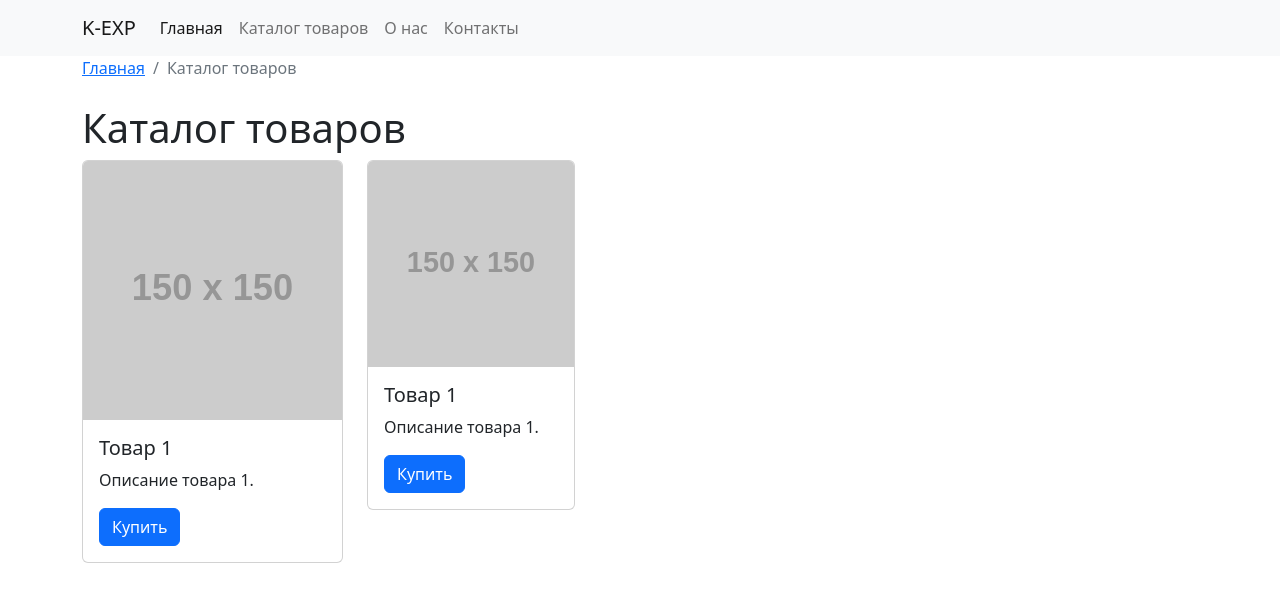
Repository: smartsoltech/kexp-shop
Page: main/catalog/templates/catalog/base.html
The author's editor kept a copy of each file at every save. The page is drawn from the files as they stood at one save, then again after the next save.
The browser window is 1280 px wide. The pictures show the whole page.
The template is drawn by Django 4.2. The application's start-up code is not run. Other server files are loaded and not shown. The template is opened directly, without the code that normally fills it, so the values that code supplies are empty.

Above is the page before, as saved 2023-03-14 14:07:46.

### main/catalog/templates/catalog/base.html
<!DOCTYPE html>
<html lang="ru">
<head>
  <meta charset="UTF-8">
  <meta name="viewport" content="width=device-width, initial-scale=1.0">
  <title>{% block title %}{% endblock %}</title>
  <!-- Подключение Bootstrap CSS -->
  <link rel="stylesheet" href="https://cdn.jsdelivr.net/npm/bootstrap@5.2.3/dist/css/bootstrap.min.css" integrity="sha384-rbsA2VBKQhggwzxH7pPCaAqO46MgnOM80zW1RWuH61DGLwZJEdK2Kadq2F9CUG65" crossorigin="anonymous"></head>
<body>

  <!-- Навигационная панель -->
  <nav class="navbar navbar-expand-lg navbar-light bg-light">
    <div class="container">
      <a class="navbar-brand" href="{% url 'home' %}">K-EXP</a>
      <button class="navbar-toggler" type="button" data-bs-toggle="collapse" data-bs-target="#navbarNav" aria-controls="navbarNav" aria-expanded="false" aria-label="Toggle navigation">
        <span class="navbar-toggler-icon"></span>
      </button>
      <div class="collapse navbar-collapse" id="navbarNav">
        <ul class="navbar-nav">
          <li class="nav-item">
            <a class="nav-link active" aria-current="page" href="{% url 'home' %}">Главная</a>
          </li>
          <li class="nav-item">
            <a class="nav-link" href="#">Каталог товаров</a>
          </li>
          <li class="nav-item">
            <a class="nav-link" href="{% url 'about' %}">О нас</a>
          </li>
          <li class="nav-item">
            <a class="nav-link" href="#">Контакты</a>
          </li>
        </ul>
      </div>
    </div>
  </nav>

  <!-- Хлебные крошки -->
  <nav aria-label="breadcrumb">
    <div class="container">
      <ol class="breadcrumb">
        <li class="breadcrumb-item"><a href="#">Главная</a></li>
        <li class="breadcrumb-item active" aria-current="page">Каталог товаров</li>
      </ol>
    </div>
  </nav>

  <!-- Основное содержимое -->
  <div class="container my-4">
    <h1>Каталог товаров</h1>
    <div class="row">
      <div class="col-md-3">
        <div class="card">
          <img src="https://via.placeholder.com/150" class="card-img-top" alt="...">
          <div class="card-body">
            <h5 class="card-title">Товар 1</h5>
            <p class="card-text">Описание товара 1.</p>
            <a href="#" class="btn btn-primary">Купить</a>
          </div>
      </div>
    </div>
    <div class="col">
      <div class="col-md-3">
        <div class="card">
          <img src="https://via.placeholder.com/150" class="card-img-top" alt="...">
          <div class="card-body">
            <h5 class="card-title">Товар 1</h5>
            <p class="card-text">Описание товара 1.</p>
            <a href="#" class="btn btn-primary">Купить</a>
          </div>
      </div>
    </div>
  </div>

After the next save:
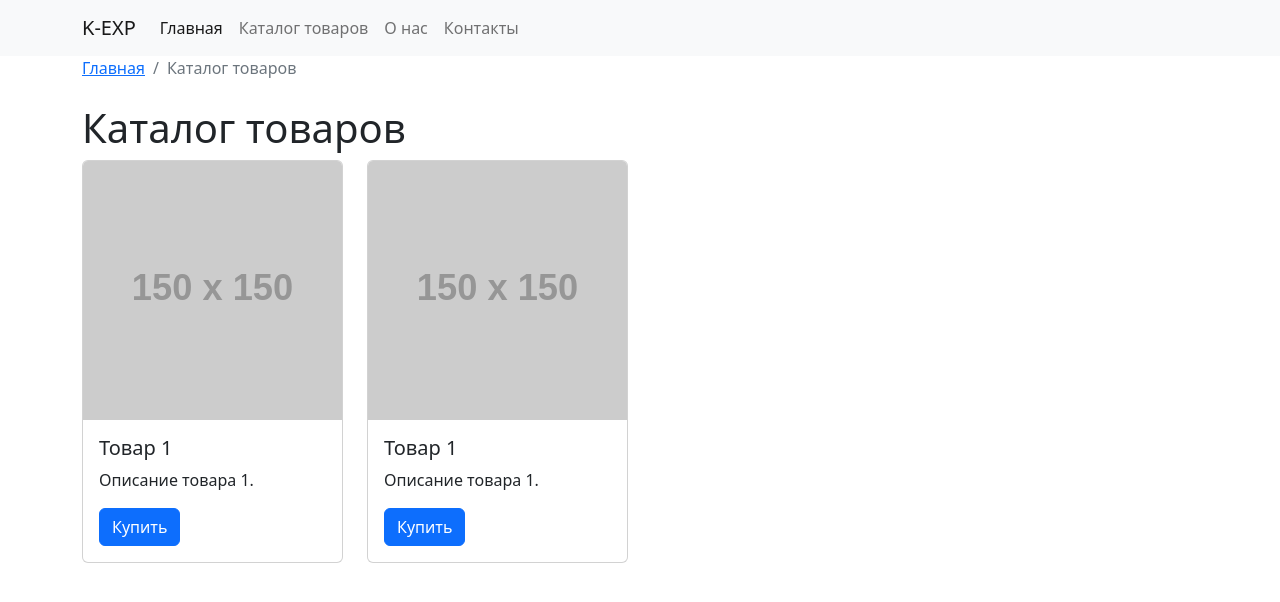
Saved 28 s later.
--- a/main/catalog/templates/catalog/base.html
+++ b/main/catalog/templates/catalog/base.html
@@ -58,7 +58,6 @@
           </div>
       </div>
     </div>
-    <div class="col">
       <div class="col-md-3">
         <div class="card">
           <img src="https://via.placeholder.com/150" class="card-img-top" alt="...">
